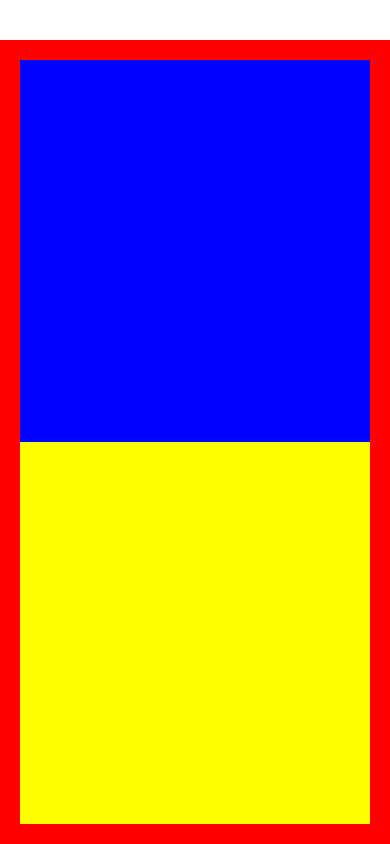
Repository: akinmiday/ReactNativeApp
Screen: /
An editor plug-in stored every save of this project. The screen is shown before and after the next save, followed by the edit.
The app was drawn by React Native's web renderer in a window 390 px wide. The project was rebuilt for these pictures with package versions that can differ from the ones it lists, and the page was loaded fresh each time.

Above is the screen before, as saved 2023-08-03 18:47:10.

After the next save:
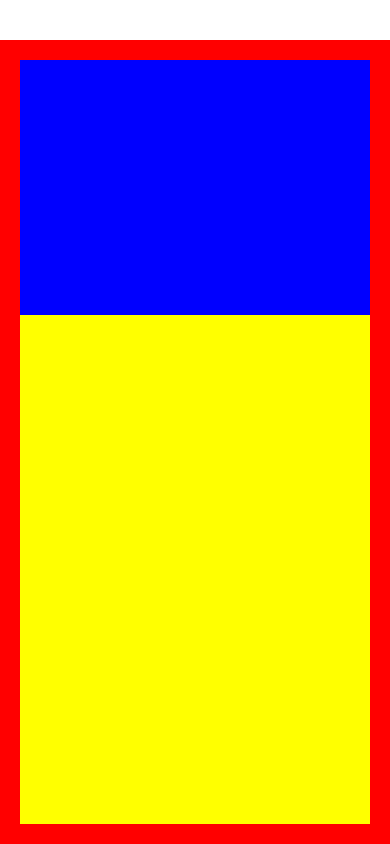
Saved 40 s later.
--- a/App.js
+++ b/App.js
@@ -17,7 +17,7 @@ export default function App() {
   return (
     <View style={container}>
       <View style={{ backgroundColor: "blue", flex: 1 }}></View>
-      <View style={{ backgroundColor: "yellow", flex: 1 }}></View>
+      <View style={{ backgroundColor: "yellow", flex: 2 }}></View>
     </View>
   );
 }
